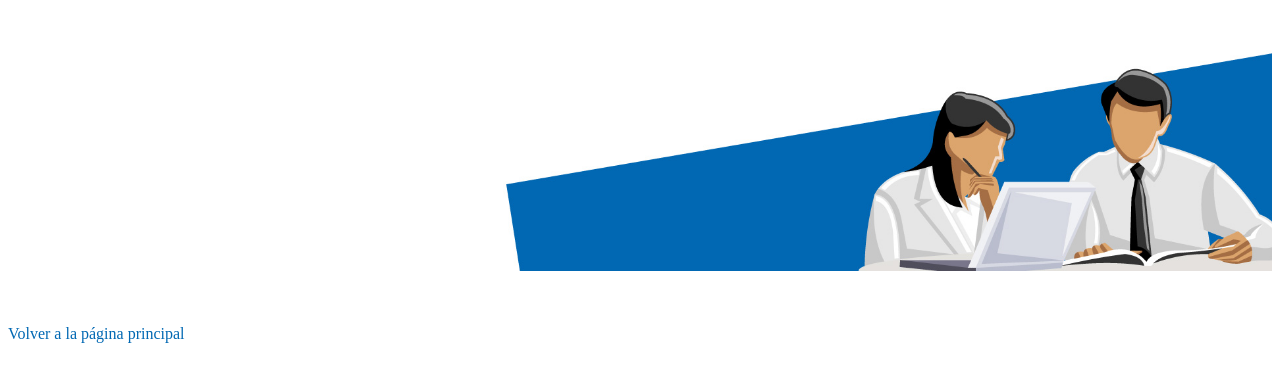
Repository: jluislechado/gestionUsuario
Page: http://localhost/php/noInsertado.php
The author's editor kept a record of every edit. The page is drawn from the files as they stood at one moment, then again after the next edit.
The browser window is 1280 px wide. The pictures show the whole page.
The page is run by PHP 8.4 with error messages shown; the project is at /var/www/html/.

Above is the page before.

After the next edit:
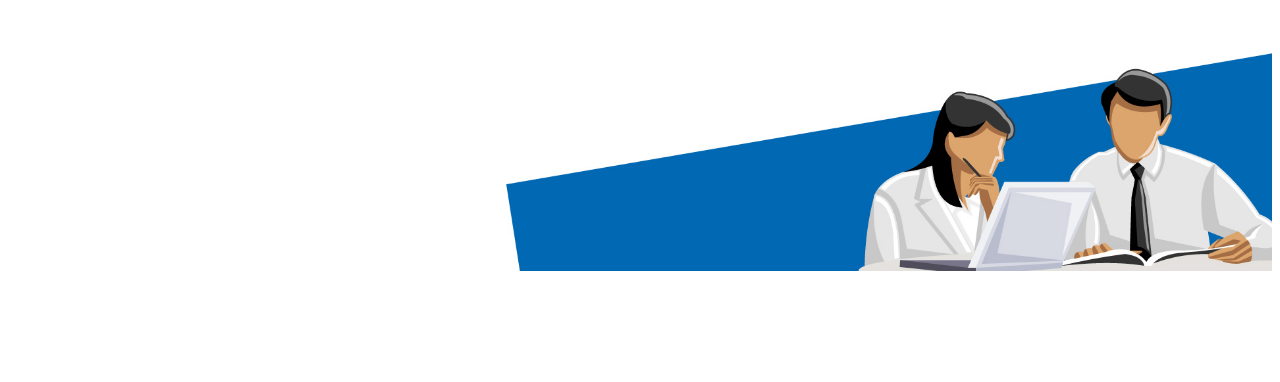
The edit:
--- a/workspace/php/noInsertado.php
+++ b/workspace/php/noInsertado.php
@@ -58,7 +58,6 @@
                     }
                 }
             ?>
-        </div>
-        <a href="index.php">Volver a la página principal</a>
+        </div></br></br>
     </body>
 </html>
